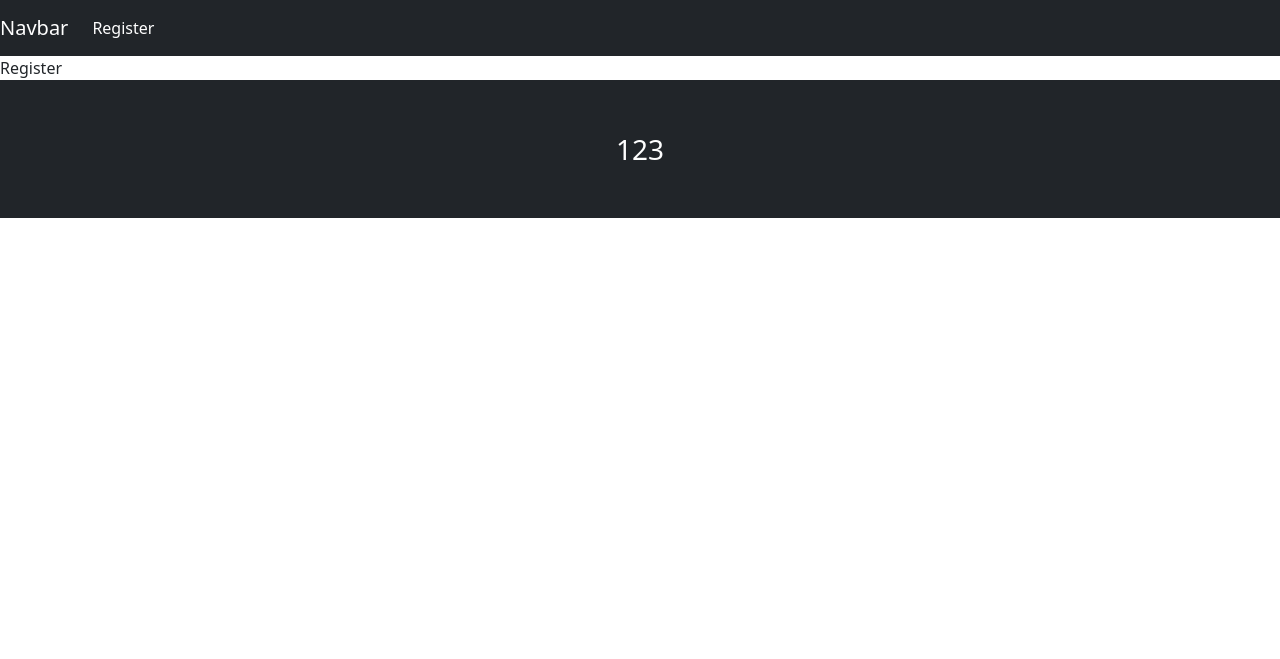
Repository: KhoiNguyen77/react-capstone
Page: /register
An editor plug-in stored every save of this project. The page is shown before and after a run of saves, followed by the edit.
The browser window is 1280 px wide. The pictures show the whole page.
The project was rebuilt for these pictures with package versions that can differ from the ones it lists, and the page was loaded fresh each time.

Above is the page before, as saved 2023-06-15 11:45:28.

### public/index.html
<!DOCTYPE html>
<html lang="en">

<head>
  <meta charset="utf-8" />
  <link rel="icon" href="%PUBLIC_URL%/favicon.ico" />
  <meta name="viewport" content="width=device-width, initial-scale=1" />
  <meta name="theme-color" content="#000000" />
  <meta name="description" content="Web site created using create-react-app" />
  <link rel="apple-touch-icon" href="%PUBLIC_URL%/logo192.png" />
  <!--
      manifest.json provides metadata used when your web app is installed on a
      user's mobile device or desktop. See https://developers.google.com/web/fundamentals/web-app-manifest/
    -->
  <link rel="manifest" href="%PUBLIC_URL%/manifest.json" />
  <!--
      Notice the use of %PUBLIC_URL% in the tags above.
      It will be replaced with the URL of the `public` folder during the build.
      Only files inside the `public` folder can be referenced from the HTML.

      Unlike "/favicon.ico" or "favicon.ico", "%PUBLIC_URL%/favicon.ico" will
      work correctly both with client-side routing and a non-root public URL.
      Learn how to configure a non-root public URL by running `npm run build`.
    -->
  <link href="https://cdn.jsdelivr.net/npm/bootstrap@5.3.0/dist/css/bootstrap.min.css" rel="stylesheet"
    integrity="sha384-9ndCyUaIbzAi2FUVXJi0CjmCapSmO7SnpJef0486qhLnuZ2cdeRhO02iuK6FUUVM" crossorigin="anonymous">
  <title>Capstone React</title>
</head>

<body>
  <noscript>You need to enable JavaScript to run this app.</noscript>
  <div id="root"></div>
  <!--
      This HTML file is a template.
      If you open it directly in the browser, you will see an empty page.

      You can add webfonts, meta tags, or analytics to this file.
      The build step will place the bundled scripts into the <body> tag.

      To begin the development, run `npm start` or `yarn start`.
      To create a production bundle, use `npm run build` or `yarn build`.
    -->
</body>
<script src="https://cdn.jsdelivr.net/npm/bootstrap@5.3.0/dist/js/bootstrap.bundle.min.js"
  integrity="sha384-geWF76RCwLtnZ8qwWowPQNguL3RmwHVBC9FhGdlKrxdiJJigb/j/68SIy3Te4Bkz" crossorigin="anonymous"></script>

</html>

### src/index.js
import React from 'react';
import ReactDOM from 'react-dom/client';
import { store } from './Redux/configStore';
import { unstable_HistoryRouter as HistoryRouter, Route, Routes } from 'react-router-dom';
import { Provider } from 'react-redux';
import HomeTemplate from './Template/HomeTemplate';
import { createBrowserHistory } from 'history'
import Register from './pages/Register';
export const customNavigate = createBrowserHistory();
const root = ReactDOM.createRoot(document.getElementById('root'));
root.render(
  <Provider store={store}>
    <HistoryRouter history={customNavigate}>
      <Routes>
        <Route path='/' element={<HomeTemplate></HomeTemplate>}>
          <Route path='/register' element={<Register></Register>}></Route>
        </Route>
      </Routes>
    </HistoryRouter>
  </Provider>
);

// If you want to start measuring performance in your app, pass a function
// to log results (for example: reportWebVitals(console.log))
// or send to an analytics endpoint. Learn more: https://bit.ly/CRA-vitals

### src/Redux/configStore.jsx
import {configureStore} from '@reduxjs/toolkit';


export const store = configureStore({
    reducer: {

    }
})

### src/Template/HomeTemplate.jsx
import React from 'react'



import { createBrowserHistory } from 'history'
import { NavLink, Outlet } from 'react-router-dom'
import Header from '../Component/Header'



const HomeTemplate = () => {
    return <div>
        <div className='header h-25'>
            <Header></Header>
        </div>
        <div className="content h-50">
            <Outlet></Outlet>
        </div>
        <footer className='fs-3 text-center text-white p-5 bg-dark h-25'>
            123
        </footer>
    </div>
}

export default HomeTemplate

### src/Component/Header.jsx
import React from 'react'
import { NavLink } from 'react-router-dom'

const Header = () => {
    return (
        <nav className="navbar navbar-expand-sm navbar-dark bg-dark">
            <NavLink className="navbar-brand" to="/">Navbar</NavLink>
            <button className="navbar-toggler d-lg-none" type="button" data-bs-toggle="collapse" data-bs-target="#collapsibleNavId" aria-controls="collapsibleNavId" aria-expanded="false" aria-label="Toggle navigation" />
            <div className="collapse navbar-collapse" id="collapsibleNavId">
                <ul className="navbar-nav me-auto mt-2 mt-lg-0">
                    <li className="nav-item">
                        <NavLink className="nav-link" to="/register">Register</NavLink>
                    </li>
                </ul>
            </div>
        </nav>)
}

export default Header

Loaded but not shown: src/pages/Register.jsx (common file)

After the next 2 saves:
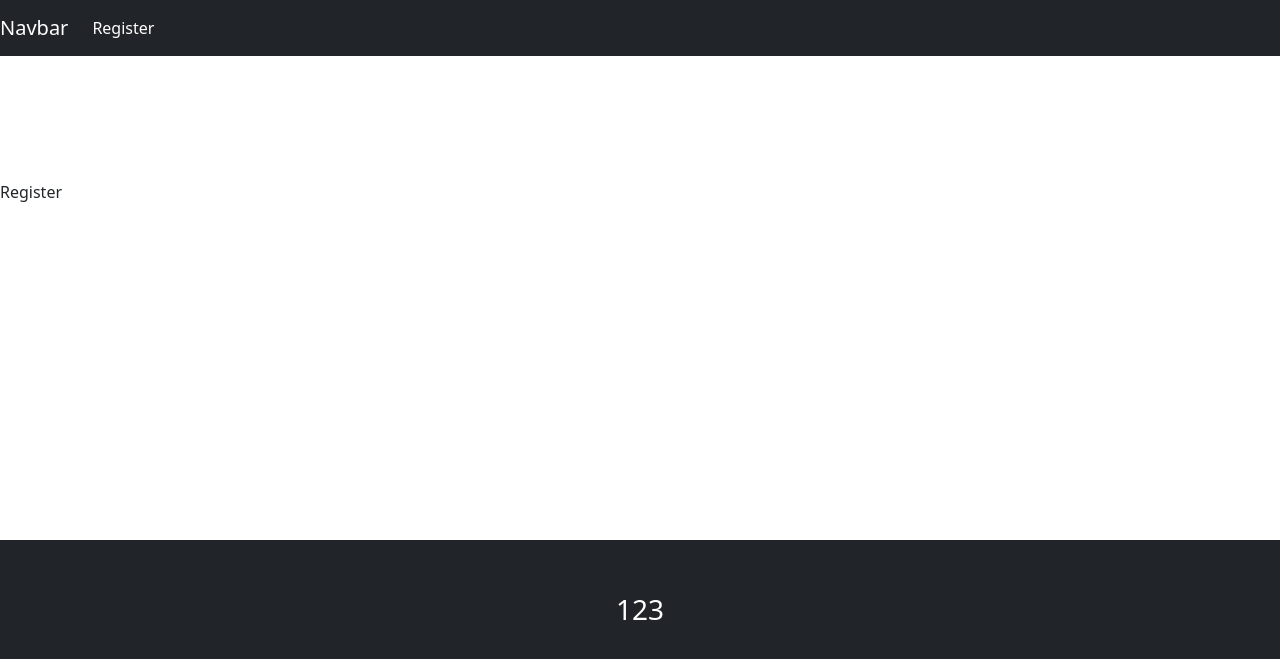
The 2 saves are shown as one change because they came seconds apart.
The last was saved 43 s later.
--- a/src/Template/HomeTemplate.jsx
+++ b/src/Template/HomeTemplate.jsx
@@ -10,13 +10,13 @@
 
 const HomeTemplate = () => {
     return <div>
-        <div className='header h-25'>
+        <div className='header' style={{height: '25vh'}}>
             <Header></Header>
         </div>
-        <div className="content h-50">
+        <div className="content" style={{height: '50vh'}}>
             <Outlet></Outlet>
         </div>
-        <footer className='fs-3 text-center text-white p-5 bg-dark h-25'>
+        <footer className='fs-3 text-center text-white p-5 bg-dark' style={{height: '25vh'}}>
             123
         </footer>
     </div>
